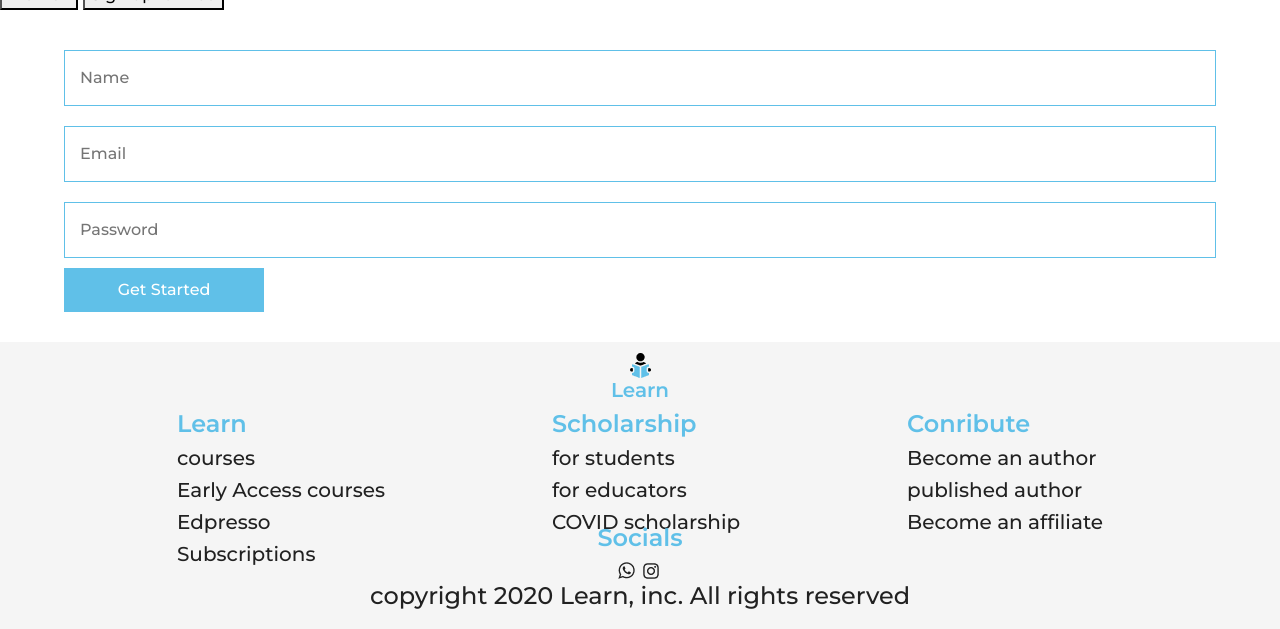
Repository: TiaraOluwanimi/team5
Page: tutor.html
The author's editor kept a copy of each file at every save. The page is drawn from the files as they stood at one save, then again after a run of saves.
The browser window is 1280 px wide. The pictures show the part of the page from y = 2365 to 3018 px (the page is 2994 px tall before and 3018 px after).
A picture or video elsewhere on the page could not be fetched, so the positions and the page height are approximate. Some web libraries are served in a nearby version.

Above is the page before, as saved 2020-08-08 11:28:08.

After the next 3 saves:
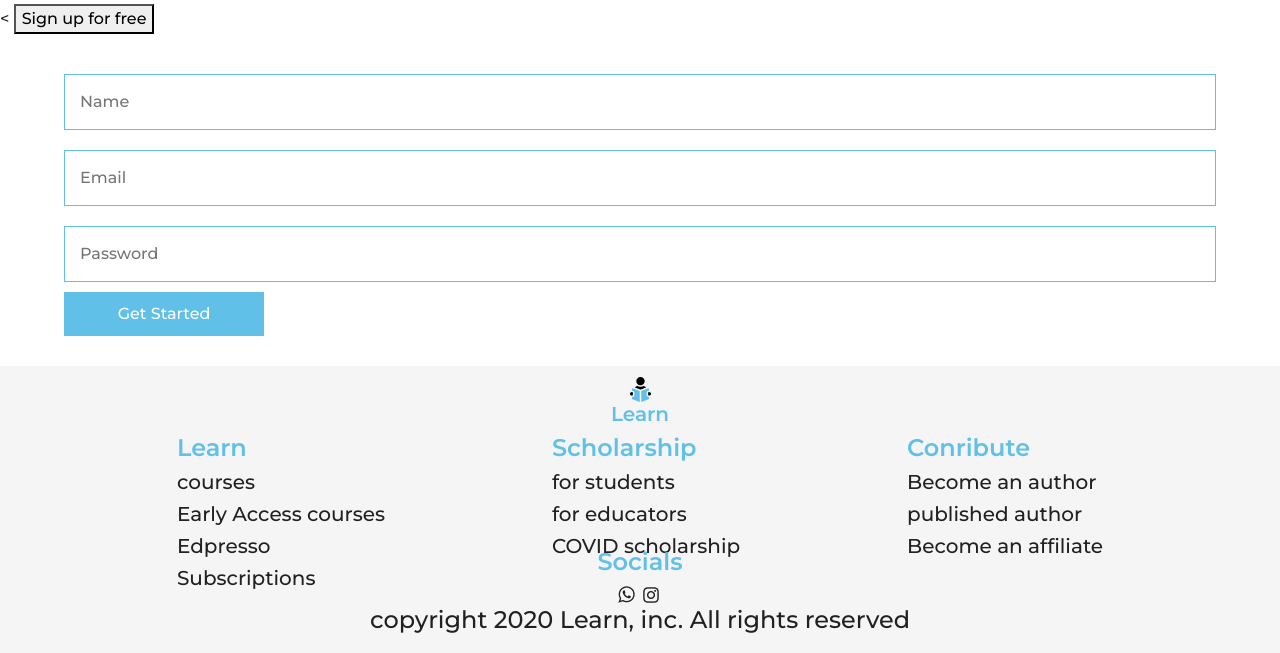
The 3 saves are shown as one change because they came seconds apart.
The last was saved 8 min 44 s later.
--- a/tutor.html
+++ b/tutor.html
@@ -247,9 +247,9 @@
           </div>
 
         </div>
-
+        button>View all</button>
         <div>
-          <button>View all</button>
+          <
           <button>Sign up for free</button>
         </div>
         <div class="testimonial-container">
